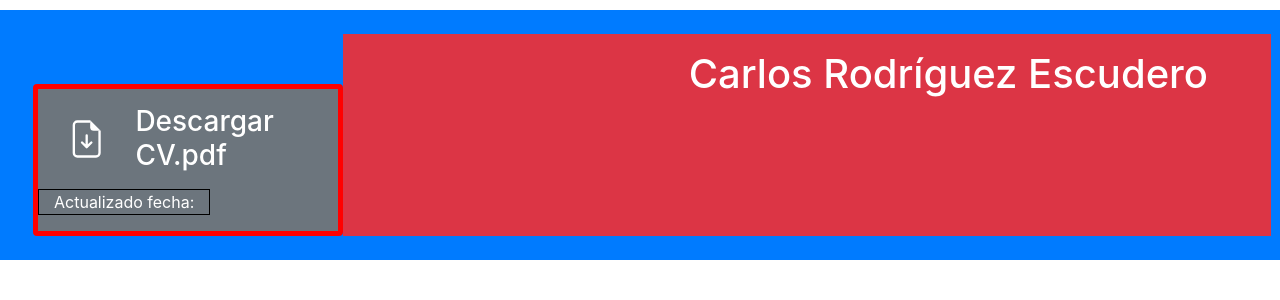
Repository: CarlosRoEs/CarlosWebCV
Page: index.html
These files come from the project's save history. The page is drawn as it stood at one moment and after the next save; the edit follows.
The browser window is 1280 px wide. The pictures show the whole page.
The style sheet was rebuilt from its Sass, Less or Tailwind sources for each picture, by a compiler version that may differ from the author's.

Above is the page before, as saved 2020-09-15 13:20:11.

### index.html
<!DOCTYPE html>
<html lang="es">

<head>
    <meta charset="UTF-8">
    <meta name="viewport" content="width=device-width, initial-scale=1.0">
    <title>Document</title>
    <link rel="stylesheet" href="bootstrap/css/bootstrap.min.css">
    <link rel="stylesheet" href="dist/header.css">
</head>

<body>

    <div class="container-fluid">
        <div class="row">
            <header id="header" class="col-12 bg-primary text-white p-4 pl-5">
                <div class="row d-flex flex-row flex-wrap justify-content-start">
                    <div class="col-3 d-flex flex-row flex-wrap">
                        <div class="row">
                            <a href="#" id="a-header" class="col-12 d-flex flex-row flex-wrap rounded bg-secondary">
                                <svg width="100px" height="100px" viewBox="0 0 16 16"
                                    class="bi bi-file-earmark-arrow-down col-3" fill="white"
                                    xmlns="http://www.w3.org/2000/svg">
                                    <path
                                        d="M4 0h5.5v1H4a1 1 0 0 0-1 1v12a1 1 0 0 0 1 1h8a1 1 0 0 0 1-1V4.5h1V14a2 2 0 0 1-2 2H4a2 2 0 0 1-2-2V2a2 2 0 0 1 2-2z" />
                                    <path d="M9.5 3V0L14 4.5h-3A1.5 1.5 0 0 1 9.5 3z" />
                                    <path fill-rule="evenodd"
                                        d="M8 6a.5.5 0 0 1 .5.5v3.793l1.146-1.147a.5.5 0 0 1 .708.708l-2 2a.5.5 0 0 1-.708 0l-2-2a.5.5 0 1 1 .708-.708L7.5 10.293V6.5A.5.5 0 0 1 8 6z" />
                                </svg>
                                <h3 id="h3-header" class="col-9 mt-3 text-left text-white">Descargar CV.pdf</h3>

                                <div class="row d-flex justify-content-end">
                                    <p class="col-12 text-white">Actualizado fecha:</p>
                                </div>
                            </a>
                        </div>
                    </div>
                    <div class="col-9 bg-danger d-flex justify-content-end">
                        <h1 class="mt-3 mr-5 align-items-center">Carlos Rodríguez Escudero</h1>
                    </div>
                </div>
            </header>
        </div>

    </div>

    <script type="text/javascript" src="jquery/jquery-3.5.1.min.js"></script>
    <script type="text/javascript" src="bootstrap/js/bootstrap.min.js"></script>
</body>

</html>

### Sass/header.scss
* {
    margin: 0px;
    padding: 0px;
}

#header {
    margin-top: 10px;
    p {
        border: 1px solid black;
    }

    #a-header {
        margin-top: 50px;
        border: 5px solid red;
    }
}

Loaded but not shown: bootstrap/css/bootstrap.min.css (library); jquery/jquery-3.5.1.min.js (library); bootstrap/js/bootstrap.min.js (library)

After the next save:
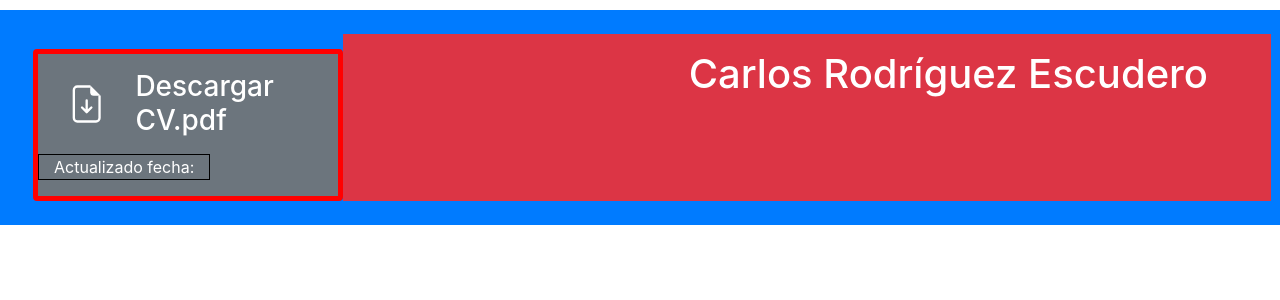
Saved 5 s later.
--- a/Sass/header.scss
+++ b/Sass/header.scss
@@ -10,7 +10,7 @@
     }
 
     #a-header {
-        margin-top: 50px;
+        margin-top: 15px;
         border: 5px solid red;
     }
 }
